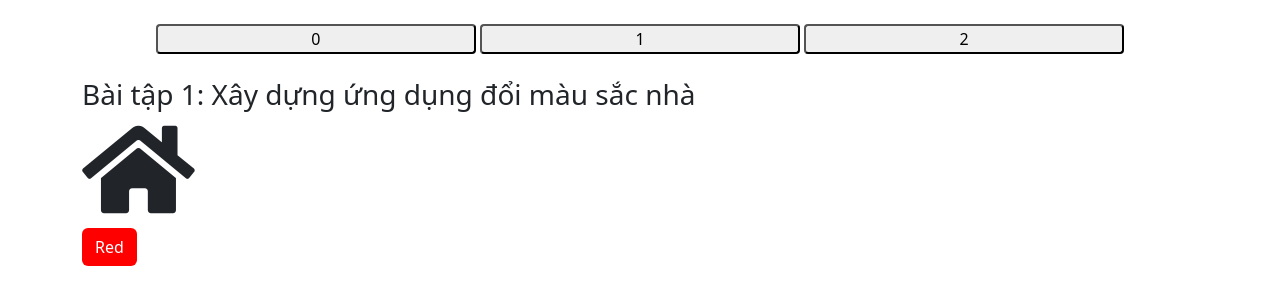
Repository: hcozyph/CyberSoft_Bai_Tap_Tren_Lop
Page: ES6/ES6_BASIC/index.html
These files come from the project's save history. The page is drawn as it stood at one moment and after the next save; the edit follows.
The browser window is 1280 px wide. The pictures show the whole page.
Some web libraries are served in a nearby version.

Above is the page before, as saved 2023-03-19 11:20:47.

### ES6/ES6_BASIC/index.html
<!DOCTYPE html>
<html lang="en">
    <head>
        <title>ES6-BASIC</title>
        <!-- Required meta tags -->
        <meta charset="utf-8" />
        <meta
            name="viewport"
            content="width=device-width, initial-scale=1, shrink-to-fit=no"
        />

        <link
            rel="stylesheet"
            href="https://use.fontawesome.com/releases/v5.1.1/css/all.css"
            integrity="sha384-O8whS3fhG2OnA5Kas0Y9l3cfpmYjapjI0E4theH4iuMD+pLhbf6JI0jIMfYcK3yZ"
            crossorigin="anonymous"
        />
        <!-- Bootstrap CSS v5.2.1 -->
        <link
            href="https://cdn.jsdelivr.net/npm/bootstrap@5.2.1/dist/css/bootstrap.min.css"
            rel="stylesheet"
            integrity="sha384-iYQeCzEYFbKjA/T2uDLTpkwGzCiq6soy8tYaI1GyVh/UjpbCx/TYkiZhlZB6+fzT"
            crossorigin="anonymous"
        />
    </head>

    <body>
        <div class="text-center my-4">
            <button class="w-25 rounded-1">0</button>
            <button class="w-25 rounded-1">1</button>
            <button class="w-25 rounded-1">2</button>
        </div>

        <div class="container">
            <h3>Bài tập 1: Xây dựng ứng dụng đổi màu sắc nhà</h3>
            <i class="fa fa-home" id="home" style="font-size: 100px"></i>

            <div id="colors" class="mt-2">
                <button class="btn text-white" style="background-color: red">
                    Red
                </button>
            </div>
        </div>

        <!-- Bootstrap JavaScript Libraries -->
        <script
            src="https://cdn.jsdelivr.net/npm/@popperjs/core@2.11.6/dist/umd/popper.min.js"
            integrity="sha384-oBqDVmMz9ATKxIep9tiCxS/Z9fNfEXiDAYTujMAeBAsjFuCZSmKbSSUnQlmh/jp3"
            crossorigin="anonymous"
        ></script>

        <script
            src="https://cdn.jsdelivr.net/npm/bootstrap@5.2.1/dist/js/bootstrap.min.js"
            integrity="sha384-7VPbUDkoPSGFnVtYi0QogXtr74QeVeeIs99Qfg5YCF+TidwNdjvaKZX19NZ/e6oz"
            crossorigin="anonymous"
        ></script>
        <script type="module" src="./index.js"></script>
    </body>
</html>

### ES6/ES6_BASIC/index.js
/*-------  Cơ chế khai báo biến ------ */

/*
PHẠM VI BIẾN
- var: Hỗ trợ cơ chế hoisting, nên phạm vi biến là toàn cục

- let:
    > KHÔNG hỗ trợ cơ chế hoisting khi khai báo biến trùng tên với nhau trên cùng một scope thì browser báo lỗi.
    > Khi khai báo let ở các scope khác nhau thi giá trị sẽ phân biệt.

- const: Tương tự let, tuy nhiên giá trị không được phép gán lại.

=>>> Dùng let thay thế cho var thì khai báo biến trong ES6
*/

// var arrButton = document.querySelectorAll('button');

// for (var index = 0; index < arrButton.length; index++) {
//     let btn = arrButton[index];
//     btn.onclick = function () {
//         alert(btn.innerHTML);
//     }
// }

/*------- HÀM -------*/

//----------declaration function ----- <Hỗ trợ hoisting>
function tenHam() {
    console.log('ten ham');
}

//-----------express function ----- <Không hỗ trợ hoisting>
var showMessage = function () {
    console.log('showMessage');
}


/*
------------- CONTEXT (ngữ cảnh this) ----------------

OBJECT: trong object thì this sẽ là object.

FUNCTION: trong function đối tượng nào thực thi phương thức thì this sẽ là đối tượng đó. Nói cách khác this trong function là function đó.

DEFAULT: this là window.(Khi ngữ cảnh trồng chéo nhau). Nếu mở tính năng module của thẻ script thì sẽ báo lỗi

*/
let hoTen = 'nguyen van teo';
console.log('width:', window.innerWidth);
console.log('title:', window.document.title);
console.log('name:', window.hoTen);


// var sinhvien = {
//     ma: 1,
//     ten: 'Phuoc',
//     hienThiThongTin: function () {
//         function hienThi() {
//             console.log(this.ma);
//             console.log(this.ten);
//         }
//         hienThi();
//     }
// }
// sinhvien.hienThiThongTin();


function Product() {
    this.id = '';
    this.name = '';
    this.showInfo = function () {
        console.log('id', this.id);
        console.log('name', this.name);
    };
}

var prd1 = new Product();
prd1.id = 1;
prd1.name = 'Product A';
prd1.showInfo();

var prd2 = new Product();
prd2.id = 2;
prd2.name = 'Product B';
prd2.showInfo();


/*----------- ARROW FUNCTION  ------------*/

/* Arrow function là cách khai báo hàm với cú pháp '=>'
    + Khai báo hàm ngắn gọn hơn:
        + Đối với hàm chỉ có 1 tham số thì sẽ không cẩn () cho tham số. VD: (title) => {} tương đương title => {}
        + Đối với hàm chỉ có 1 lệnh return thì sẽ không cần ghi chữ return và {}. Ví dụ (a,b)=> {return a+b;} tương đương (a,b) => a+b

    + Loại bỏ được ngữ cảnh (this)
    + Không dùng cho việc khai báo Prototype và cũng không hỗ trợ hoisting => dùng cho mục đích khai báo hàm( hàm không phụ thuộc vào prototype)
*/

var showInfoProduct = () => {
    console.log('Hello hcozyph bc43');
    console.log(this);
}
// var prd = new showInfoProduct();'

var sayHello = (name) => {
    return 'hello' + name;
}

var sayHelloArrow = name => `hello ${name}`;

/* -----------BÀI TẬP ----------------- */
let arrColors = ['red', 'green', 'blue', 'pink', 'orange', 'black'];

let renderButton = () => {
    //Cách 1: tạo ra các button bằng DOM => append lên ui
    for (let index = 0; index < arrColors; index++) {
        let color = arrColors[index];
        //Tạo button
        let btn = document.createElement('button');
        btn.className = 'btn';
        btn.style.background = color;
        btn.innerHTML = color;
        btn.onclick = function () {
            document.getElementById('home').style.color = color;
        }
        document.getElementById('colors').appendChild(btn);
    }



    // let htmlString = '';
    // for (var index = 0; index < array.length; index++) {
    //     let color = array[index];
    //     htmlString +=
    //         `
    //     <div id="colors" class="mt-2">
    //         <button class="btn text-white" style="background-color: ${color}">
    //         ${color}
    //         </button>
    //     </div>
    //     `
    // }
}

renderButton(arrColors);

let changeColor = () => {

}

After the next save:
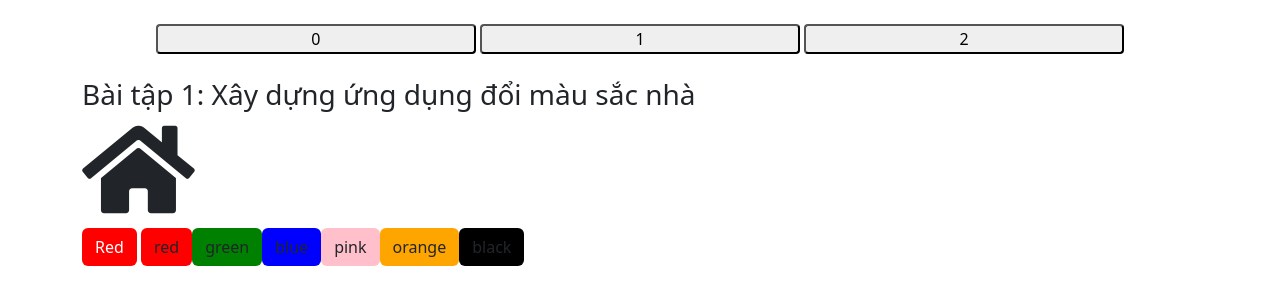
Saved 52 s later.
--- a/ES6/ES6_BASIC/index.js
+++ b/ES6/ES6_BASIC/index.js
@@ -113,7 +113,7 @@
 
 let renderButton = () => {
     //Cách 1: tạo ra các button bằng DOM => append lên ui
-    for (let index = 0; index < arrColors; index++) {
+    for (let index = 0; index < arrColors.length; index++) {
         let color = arrColors[index];
         //Tạo button
         let btn = document.createElement('button');

After the 3 saves that followed:
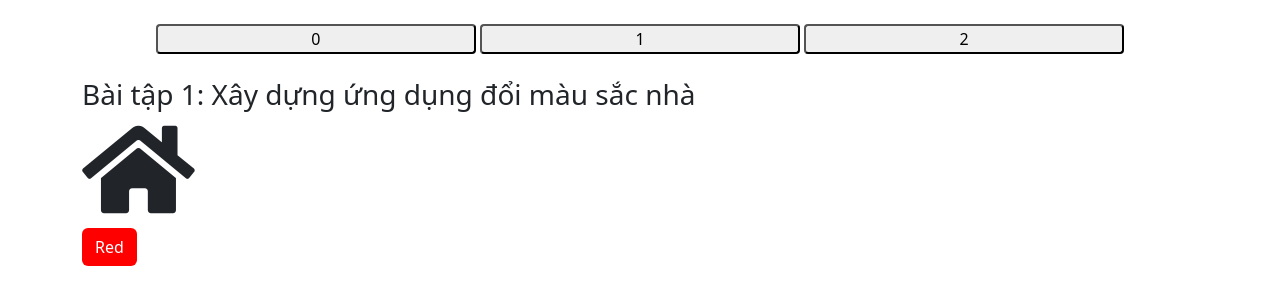
Console error: SyntaxError: Identifier 'renderButton' has already been declared
The 3 saves are shown as one change because 2 left the picture as it was.
The last was saved 4 min 20 s later.
--- a/ES6/ES6_BASIC/index.js
+++ b/ES6/ES6_BASIC/index.js
@@ -111,8 +111,9 @@
 /* -----------BÀI TẬP ----------------- */
 let arrColors = ['red', 'green', 'blue', 'pink', 'orange', 'black'];
 
+////Cách 1: tạo ra các button bằng DOM => append lên ui
+
 let renderButton = () => {
-    //Cách 1: tạo ra các button bằng DOM => append lên ui
     for (let index = 0; index < arrColors.length; index++) {
         let color = arrColors[index];
         //Tạo button
@@ -125,21 +126,17 @@
         }
         document.getElementById('colors').appendChild(btn);
     }
+}
 
-
-
-    // let htmlString = '';
-    // for (var index = 0; index < array.length; index++) {
-    //     let color = array[index];
-    //     htmlString +=
-    //         `
-    //     <div id="colors" class="mt-2">
-    //         <button class="btn text-white" style="background-color: ${color}">
-    //         ${color}
-    //         </button>
-    //     </div>
-    //     `
-    // }
+let renderButton = () => {
+    ////Cách 2:
+    let htmlString = '';
+    for (var index = 0; index < array.length; index++) {
+        let color = array[index];
+        htmlString += `
+            <button class="btn text-white" style="background-color: ${color}">${color}</button>
+        `
+    }
 }
 
 renderButton(arrColors);
